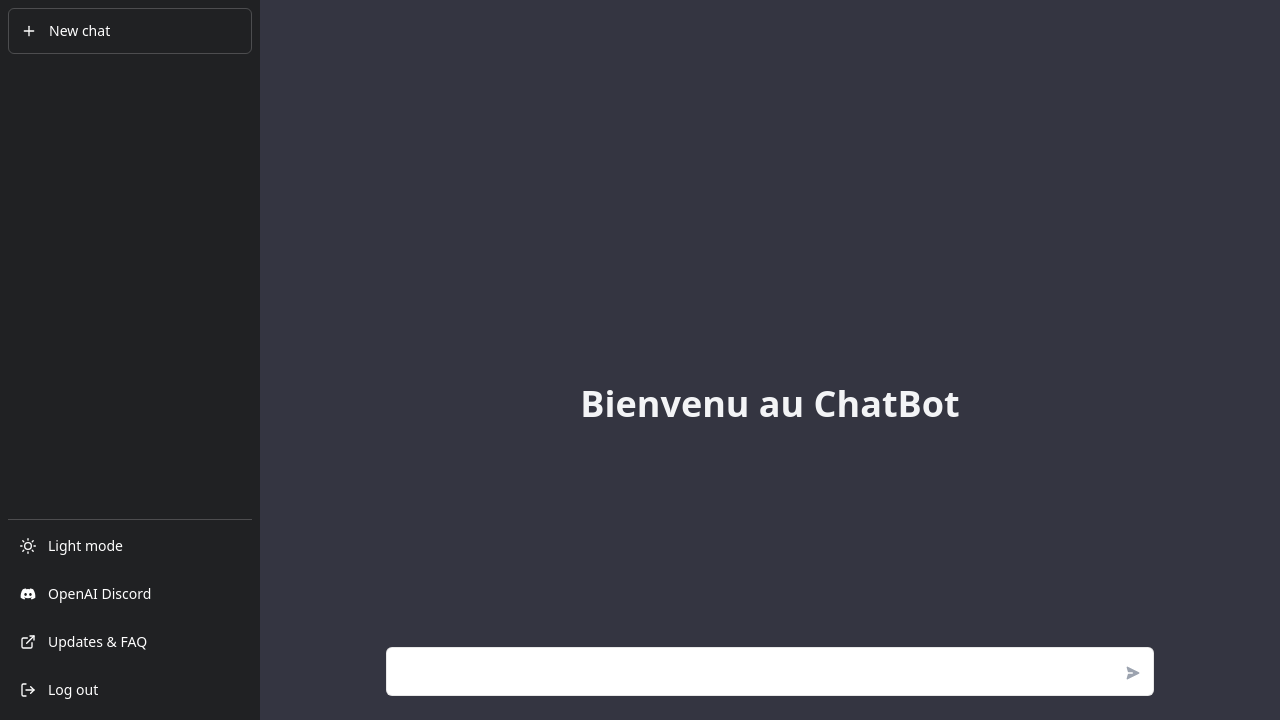
Repository: HaithemBenSlama/chatbot-front
Page: /
The author's editor kept a copy of each file at every save. The page is drawn from the files as they stood at one save, then again after the next save.
The browser window is 1280 px wide. The pictures show the whole page.
The project was rebuilt for these pictures with package versions that can differ from the ones it lists, and the page was loaded fresh each time. Also part of the build but not shown: src/constants/svg/lightningChargeIcon.js, src/constants/svg/cautionIcon.js, src/constants/svg/menuIcon.js.

Above is the page before, as saved 2023-05-01 21:04:44.

### src/App.js
import React from 'react'
import { LeftSection, RightSection } from './Components/main'

const App = () => {
  return (
    <div>
      <LeftSection/>
      <RightSection/>
    </div>
  )
}

export default App

### src/Components/main/index.js
import LeftSection from "./LeftSection";
import RightSection from "./RightSection";
import Footer from "./Footer";

export {RightSection, LeftSection, Footer}

### src/Components/main/LeftSection/index.js
import React from "react";
import {
  DiscordIcon,
  ExternalLinkIcon,
  LogOutIcon,
  PlusIcon,
  SunIcon,
} from "../../../constants";

const LeftSection = ({ show = false }) => {
  return (
    <div
      className={`${show && " flex flex-col"} ${
        !show && "hidden"
      } bg-black md:fixed md:inset-y-0 md:flex md:w-[260px] md:flex-col`}
    >
      <div className="flex h-full min-h-0 flex-col ">
        <div className="scrollbar-trigger flex h-full w-full flex-1 items-start border-white/20">
          <nav className="flex h-full flex-1 flex-col space-y-1 p-2">
            <a className="flex py-3 px-3 items-center gap-3 rounded-md hover:bg-gray-500/10 transition-colors duration-200 text-white cursor-pointer text-sm mb-2 flex-shrink-0 border border-white/20">
              <PlusIcon />
              New chat
            </a>
            <div className="flex-col flex-1 overflow-y-auto border-b border-white/20">
              <div className="flex flex-col gap-2 text-gray-100 text-sm">
                {/*  */}
              </div>
            </div>
            {[
              {
                icon: (
                  <SunIcon
                    className="h-4 w-4 text-white font-bold"
                    strokeWidth="2"
                  />
                ),
                text: "Light mode",
              },
              { icon: <DiscordIcon />, text: "OpenAI Discord" },
              { icon: <ExternalLinkIcon />, text: "Updates & FAQ" },
              { icon: <LogOutIcon />, text: "Log out" },
            ].map((item, index) => (
              <a
                className="flex py-3 px-3 items-center gap-3 rounded-md hover:bg-gray-500/10 transition-colors duration-200 text-white cursor-pointer text-sm"
                key={index}
              >
                {item.icon}
                {item.text}
              </a>
            ))}
          </nav>
        </div>
      </div>
    </div>
  );
};

export default LeftSection;

### src/Components/main/RightSection/index.js
import { CautionIcon, LightningChargeIcon, SunIcon } from "../../../constants";
import Footer from "../Footer";

const RightSection = () => {
  return (
    <div className="flex h-full flex-1 flex-col md:pl-[260px]">
      <main className="relative h-full w-full transition-width flex flex-col overflow-hidden items-stretch flex-1">
        <div className="flex-1 overflow-hidden">
          <div className="flex flex-col items-center text-sm h-full md:h-screen bg-lightBlack">
            <div className="text-gray-800 w-full md:max-w-2xl lg:max-w-3xl md:h-full md:flex md:flex-col px-6">
              <h1 className="text-4xl text-gray-100 font-semibold text-center mt-96 ml-auto mr-auto mb-10 sm:mb-16">
                Bienvenu au ChatBot
              </h1>
            </div>
            <div className="w-full h-48 flex-shrink-0"></div>
          </div>
        </div>
        <Footer />
      </main>
    </div>
  );
};

export default RightSection;

### src/Components/main/Footer/index.js
import React from "react";
import { PlaneIcon, UserIcon } from "../../../constants";

const Footer = () => {
  return (
    <div className="absolute bottom-0 left-0 w-full border-t md:border-t-0 dark:border-white/20 md:border-transparent md:dark:border-transparent md:bg-vert-light-gradient bg-gray-800 md:!bg-transparent">
      <form className="mx-2 flex flex-row gap-3 pt-2 last:mb-2 md:last:mb-6 lg:mx-auto lg:max-w-3xl lg:pt-6">
        <div className="relative flex h-full flex-1 md:flex-col">
          <div className="ml-1 mt-1.5 md:w-full md:m-auto md:flex md:mb-2 gap-2 justify-center">
            <div className="text-gray-100 p-1 md:hidden">
              <UserIcon />
            </div>
          </div>
          {/* Input */}
          <div className="flex flex-col w-full py-2 pl-3 flex-grow md:py-3 md:pl-4 relative border border-black/10 bg-white dark:border-gray-900/50 dark:text-white rounded-md bg-[rgba(64,65,79,var(--tw-bg-opacity))]">
            <textarea
              tabIndex="0"
              data-id="root"
              rows="1"
              className="m-0 w-full resize-none border-0 bg-transparent p-0 pr-7 focus:ring-0 focus-visible:ring-0 dark:bg-transparent outline-none overflow-y-hidden h-[23px]"
            ></textarea>
            <button className="absolute p-1 rounded-md text-gray-400 bottom-1.5 right-1 md:bottom-2.5 md:right-2 hover:bg-black">
              <PlaneIcon />
            </button>
          </div>
        </div>
      </form>
    </div>
  );
};

export default Footer;

### src/constants/index.js
import SunIcon from "./svg/sunIcon";
import LightningChargeIcon from "./svg/lightningChargeIcon";
import CautionIcon from "./svg/cautionIcon";
import PlaneIcon from "./svg/planeIcon";
import PlusIcon from "./svg/plusIcon";
import ExternalLinkIcon from "./svg/externalLinkIcon";
import DiscordIcon from "./svg/discordIcon";
import LogOutIcon from "./svg/logOutIcon";
import MenuIcon from "./svg/menuIcon";
import UserIcon from "./svg/userIcon";

export {
  SunIcon,
  LightningChargeIcon,
  CautionIcon,
  PlaneIcon,
  PlusIcon,
  DiscordIcon,
  ExternalLinkIcon,
  LogOutIcon,
  MenuIcon,
  UserIcon,
};

### src/constants/svg/sunIcon.js
import React from "react";

const SunIcon = ({ className = "h-6 w-6", strokeWidth = "1.5" }) => {
  return (
    <svg
      stroke="currentColor"
      fill="none"
      strokeWidth={strokeWidth}
      viewBox="0 0 24 24"
      strokeLinecap="round"
      strokeLinejoin="round"
      className={className}
      height="1em"
      width="1em"
      xmlns="http://www.w3.org/2000/svg"
    >
      <circle cx="12" cy="12" r="5"></circle>
      <line x1="12" y1="1" x2="12" y2="3"></line>
      <line x1="12" y1="21" x2="12" y2="23"></line>
      <line x1="4.22" y1="4.22" x2="5.64" y2="5.64"></line>
      <line x1="18.36" y1="18.36" x2="19.78" y2="19.78"></line>
      <line x1="1" y1="12" x2="3" y2="12"></line>
      <line x1="21" y1="12" x2="23" y2="12"></line>
      <line x1="4.22" y1="19.78" x2="5.64" y2="18.36"></line>
      <line x1="18.36" y1="5.64" x2="19.78" y2="4.22"></line>
    </svg>
  );
};

export default SunIcon;

### src/constants/svg/planeIcon.js
import React from "react";

const PlaneIcon = () => {
  return (
    <svg
      stroke="currentColor"
      fill="currentColor"
      strokeWidth="0"
      viewBox="0 0 20 20"
      className="h-4 w-4 rotate-90"
      height="1em"
      width="1em"
      xmlns="http://www.w3.org/2000/svg"
    >
      <path d="M10.894 2.553a1 1 0 00-1.788 0l-7 14a1 1 0 001.169 1.409l5-1.429A1 1 0 009 15.571V11a1 1 0 112 0v4.571a1 1 0 00.725.962l5 1.428a1 1 0 001.17-1.408l-7-14z"></path>
    </svg>
  );
};

export default PlaneIcon;

### src/constants/svg/plusIcon.js
import React from "react";

const PlusIcon = ({ className = "h-4 w-4" }) => {
  return (
    <svg
      stroke="currentColor"
      fill="none"
      strokeWidth="2"
      viewBox="0 0 24 24"
      strokeLinecap="round"
      strokeLinejoin="round"
      className={className}
      height="1em"
      width="1em"
      xmlns="http://www.w3.org/2000/svg"
    >
      <line x1="12" y1="5" x2="12" y2="19"></line>
      <line x1="5" y1="12" x2="19" y2="12"></line>
    </svg>
  );
};

export default PlusIcon;

### src/constants/svg/externalLinkIcon.js
import React from "react";

const ExternalLinkIcon = () => {
  return (
    <svg
      stroke="currentColor"
      fill="none"
      strokeWidth="2"
      viewBox="0 0 24 24"
      strokeLinecap="round"
      strokeLinejoin="round"
      className="h-4 w-4"
      height="1em"
      width="1em"
      xmlns="http://www.w3.org/2000/svg"
    >
      <path d="M18 13v6a2 2 0 0 1-2 2H5a2 2 0 0 1-2-2V8a2 2 0 0 1 2-2h6"></path>
      <polyline points="15 3 21 3 21 9"></polyline>
      <line x1="10" y1="14" x2="21" y2="3"></line>
    </svg>
  );
};

export default ExternalLinkIcon;

### src/constants/svg/discordIcon.js
import React from "react";

const DiscordIcon = () => {
  return (
    <svg
      stroke="currentColor"
      fill="currentColor"
      strokeWidth="2"
      viewBox="0 0 640 512"
      className="h-4 w-4"
      height="1em"
      width="1em"
      xmlns="http://www.w3.org/2000/svg"
    >
      <path d="M524.531,69.836a1.5,1.5,0,0,0-.764-.7A485.065,485.065,0,0,0,404.081,32.03a1.816,1.816,0,0,0-1.923.91,337.461,337.461,0,0,0-14.9,30.6,447.848,447.848,0,0,0-134.426,0,309.541,309.541,0,0,0-15.135-30.6,1.89,1.89,0,0,0-1.924-.91A483.689,483.689,0,0,0,116.085,69.137a1.712,1.712,0,0,0-.788.676C39.068,183.651,18.186,294.69,28.43,404.354a2.016,2.016,0,0,0,.765,1.375A487.666,487.666,0,0,0,176.02,479.918a1.9,1.9,0,0,0,2.063-.676A348.2,348.2,0,0,0,208.12,430.4a1.86,1.86,0,0,0-1.019-2.588,321.173,321.173,0,0,1-45.868-21.853,1.885,1.885,0,0,1-.185-3.126c3.082-2.309,6.166-4.711,9.109-7.137a1.819,1.819,0,0,1,1.9-.256c96.229,43.917,200.41,43.917,295.5,0a1.812,1.812,0,0,1,1.924.233c2.944,2.426,6.027,4.851,9.132,7.16a1.884,1.884,0,0,1-.162,3.126,301.407,301.407,0,0,1-45.89,21.83,1.875,1.875,0,0,0-1,2.611,391.055,391.055,0,0,0,30.014,48.815,1.864,1.864,0,0,0,2.063.7A486.048,486.048,0,0,0,610.7,405.729a1.882,1.882,0,0,0,.765-1.352C623.729,277.594,590.933,167.465,524.531,69.836ZM222.491,337.58c-28.972,0-52.844-26.587-52.844-59.239S193.056,219.1,222.491,219.1c29.665,0,53.306,26.82,52.843,59.239C275.334,310.993,251.924,337.58,222.491,337.58Zm195.38,0c-28.971,0-52.843-26.587-52.843-59.239S388.437,219.1,417.871,219.1c29.667,0,53.307,26.82,52.844,59.239C470.715,310.993,447.538,337.58,417.871,337.58Z"></path>
    </svg>
  );
};

export default DiscordIcon;

### src/constants/svg/logOutIcon.js
import React from "react";

const LogOutIcon = () => {
  return (
    <svg
      stroke="currentColor"
      fill="none"
      strokeWidth="2"
      viewBox="0 0 24 24"
      strokeLinecap="round"
      strokeLinejoin="round"
      className="h-4 w-4"
      height="1em"
      width="1em"
      xmlns="http://www.w3.org/2000/svg"
    >
      <path d="M9 21H5a2 2 0 0 1-2-2V5a2 2 0 0 1 2-2h4"></path>
      <polyline points="16 17 21 12 16 7"></polyline>
      <line x1="21" y1="12" x2="9" y2="12"></line>
    </svg>
  );
};

export default LogOutIcon;

### src/constants/svg/userIcon.js
import React from "react";

const UserIcon = () => {
  return (
    <svg
      xmlns="http://www.w3.org/2000/svg"
      fill="none"
      viewBox="0 0 24 24"
      strokeWidth={1.5}
      stroke="currentColor"
      className="w-6 h-6"
    >
      <path
        strokeLinecap="round"
        strokeLinejoin="round"
        d="M15.75 6a3.75 3.75 0 11-7.5 0 3.75 3.75 0 017.5 0zM4.501 20.118a7.5 7.5 0 0114.998 0A17.933 17.933 0 0112 21.75c-2.676 0-5.216-.584-7.499-1.632z"
      />
    </svg>
  );
};

export default UserIcon;

### tailwind.config.js
/** @type {import('tailwindcss').Config} */
module.exports = {
  content: ["./src/**/*.{js,jsx,ts,tsx}"],
  theme: {
    extend: {
      colors: {
        black: "#202123",
        lightBlack: "#343541",
      },
    },
  },
  plugins: [],
};

Loaded but not shown: public/index.html (common file); src/index.js (common file); src/index.css (common file)

After the next save:
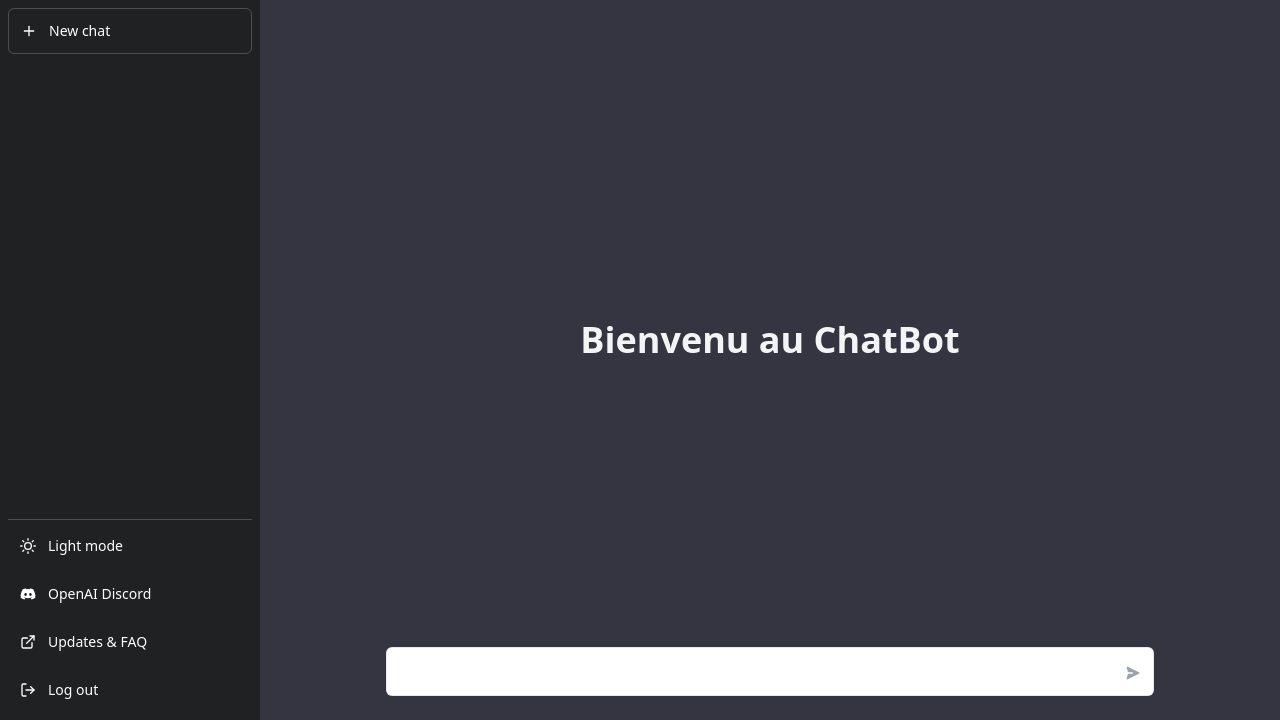
Saved 22 s later.
--- a/src/Components/main/RightSection/index.js
+++ b/src/Components/main/RightSection/index.js
@@ -8,7 +8,7 @@ const RightSection = () => {
         <div className="flex-1 overflow-hidden">
           <div className="flex flex-col items-center text-sm h-full md:h-screen bg-lightBlack">
             <div className="text-gray-800 w-full md:max-w-2xl lg:max-w-3xl md:h-full md:flex md:flex-col px-6">
-              <h1 className="text-4xl text-gray-100 font-semibold text-center mt-96 ml-auto mr-auto mb-10 sm:mb-16">
+              <h1 className="text-4xl text-gray-100 font-semibold text-center mt-80 ml-auto mr-auto mb-10 sm:mb-16">
                 Bienvenu au ChatBot
               </h1>
             </div>
